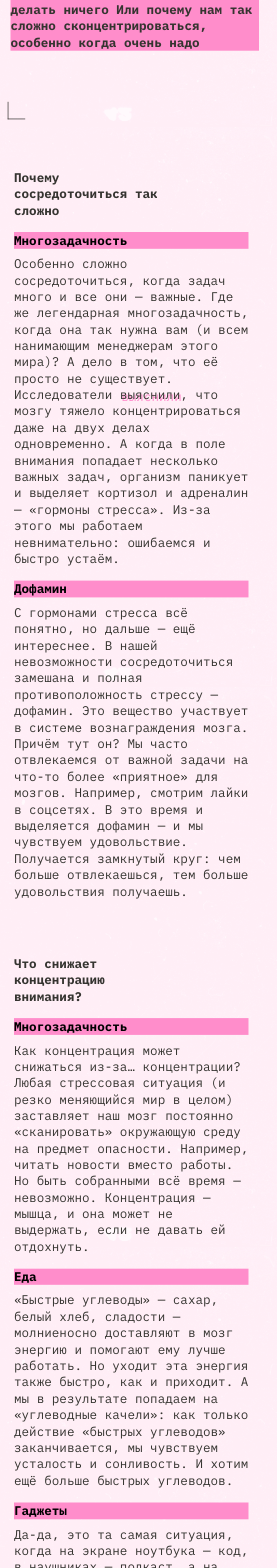
Repository: Hadoooouken/slozhno-sosredotochitsya
Page: index.html
These files come from the project's save history. The page is drawn as it stood at one moment and after the next save; the edit follows.
The browser window is 375 px wide. The page is 396 px wide, so the pictures cover 396 px, including what lies to the right of the window. The pictures show the part of the page from y = 618 to 2858 px (the page is 7871 px tall before and 7824 px after), at 70% of full size.
Backgrounds fixed to the window are drawn as part of the page.

Above is the page before, as saved 2024-01-24 21:35:23.

### index.html
<!DOCTYPE html>
<html lang="ru">
  <head>
    <meta charset="UTF-8" />
    <meta http-equiv="X-UA-Compatible" content="IE=edge" />
    <meta name="viewport" content="width=device-width, initial-scale=1.0" />
    <meta name="color-scheme" content="dark light" />
    <link rel="icon" href="images/favicon.svg" sizes="any" />
    <link rel="stylesheet" href="fonts/fonts.css" />
    <link rel="stylesheet" href="styles/globals.css" />
    <link rel="stylesheet" href="./styles/variables.css" />
    <link rel="stylesheet" href="scripts/script.js" />
    <link rel="stylesheet" href="./styles/style.css" />
    <link rel="stylesheet" href="./styles/dark.css" />
    <link rel="stylesheet" href="./styles/light.css" />
    <title>Сложно сосредоточиться</title>
  </head>
  <body class="page">
    <header class="header decorated-zone">
      <div class="decoration-element" aria-hidden="true"></div>
      <nav class="header__theme-menu">
        <ul class="header__theme-menu-list">
          <li class="header__theme-menu-item">
            <button
              class="header__theme-menu-button header__theme-menu-button_type_light"
            >
              День
            </button>
          </li>
          <li class="header__theme-menu-item">
            <button
              class="header__theme-menu-button header__theme-menu-button_active header__theme-menu-button_type_auto"
              disabled
            >
              Авто
            </button>
          </li>
          <li class="header__theme-menu-item">
            <button
              class="header__theme-menu-button header__theme-menu-button_type_dark"
            >
              Неон
            </button>
          </li>
        </ul>
      </nav>
      <h1 class="header__title">no focus</h1>
      <div class="header__text title_decor">
        <p>
          Что делать, когда не можешь делать ничего Или&nbsp;почему нам так
          сложно сконцентрироваться, особенно когда очень надо
        </p>
      </div>
    </header>
    <main class="main">
      <section class="section">
        <article class="focus__block">
          <h2 class="section__title">Почему сосредоточиться так сложно</h2>

          <div>
            <h2 class="section__sub-title title_decor">Многозадачность</h2>
            <p class="section__text">
              Особенно сложно сосредоточиться, когда задач много и все они —
              важные. Где же легендарная многозадачность, когда она так нужна
              вам (и всем нанимающим менеджерам этого мира)? А дело в том, что
              её просто не существует. Исследователи
              <a
                class="text__link"
                href="https://dana.org/article/multicosts-of-multitasking/"
                target="_blank"
                >выяснили</a
              >, что мозгу тяжело концентрироваться даже на двух делах
              одновременно. А когда в поле внимания попадает несколько важных
              задач, организм паникует и выделяет кортизол и адреналин —
              «гормоны стресса». Из-за этого мы работаем невнимательно:
              ошибаемся и быстро устаём.
            </p>
            <h2 class="section__sub-title title_decor">Дофамин</h2>
            <p class="section__text">
              С гормонами стресса всё понятно, но дальше — ещё интереснее. В
              нашей невозможности сосредоточиться замешана и полная
              противоположность стрессу — дофамин. Это вещество участвует в
              системе вознаграждения мозга. Причём тут он? Мы часто отвлекаемся
              от важной задачи на что-то более «приятное» для мозгов. Например,
              смотрим лайки в соцсетях. В это время и выделяется дофамин — и мы
              чувствуем удовольствие. Получается замкнутый круг: чем больше
              отвлекаешься, тем больше удовольствия получаешь.
            </p>
          </div>
        </article>
      </section>
      <section class="section">
        <article class="concentration__block">
          <div class="concentration">
            <h2 class="section__title">Что снижает концентрацию внимания?</h2>
          </div>

          <div class="multitasking">
            <h2 class="section__sub-title title_decor">Многозадачность</h2>
            <p class="section__text">
              Как концентрация может снижаться из-за… концентрации? Любая
              стрессовая ситуация (и резко меняющийся мир в целом) заставляет
              наш мозг постоянно «сканировать» окружающую среду на предмет
              опасности. Например, читать новости вместо работы. Но быть
              собранными всё время — невозможно. Концентрация — мышца, и она
              может не выдержать, если не давать ей отдохнуть.
            </p>
          </div>
          <div class="eat">
            <h2 class="section__sub-title title_decor">Еда</h2>
            <p class="section__text">
              «Быстрые углеводы» — сахар, белый хлеб, сладости — молниеносно
              доставляют в мозг энергию и помогают ему лучше работать. Но уходит
              эта энергия также быстро, как и приходит. А мы в результате
              попадаем на «углеводные качели»: как только действие «быстрых
              углеводов» заканчивается, мы чувствуем усталость и сонливость. И
              хотим ещё больше быстрых углеводов.
            </p>
          </div>
          <div class="gadgets">
            <h2 class="section__sub-title title_decor">Гаджеты</h2>
            <p class="section__text">
              Да-да, это та самая ситуация, когда на экране ноутбука — код, в
              наушниках — подкаст, а на компьютере фоном — ещё и видео с
              забавными утятами. В результате мозг пытается переключиться с
              одной задачи на другую — и просто не может. А чтобы вернуться к
              состоянию полной концентрации, человеку в среднем нужно 20 минут.
              Вот и получается, что чем больше времени мы проводим в гаджетах,
              тем больше времени затем нужно, чтобы вернуться к работе.
            </p>
          </div>
        </article>
      </section>
      <section class="section">
        <article class="how__block">
          <h2 class="section__title">
            Как концентрироваться лучше, чем золотая рыбка (то есть дольше трёх
            секунд)
          </h2>
          <div>
            <h2 class="concentration__title title_decor">
              5 простых (на самом деле не очень) советов
            </h2>
            <h2 class="concentration__sub-title title_decor">
              Представьте небо и облака
            </h2>
            <p class="concentration__text">
              Или листья в ручье. Тут дело в лёгкой медитации, которая помогает
              успокоиться. Ведь часто именно тревожные мысли о сложных задачах
              как раз и мешают эти сложные задачи делать. В такие моменты можно
              закрыть глаза и представить, что чистое небо — это вы, а облака —
              тревожные мысли. И сколько бы их ни было — ясное небо всегда будет
              где-то там, за тучами, и никуда не денется. Это упражнение поможет
              вернуться в настоящий момент, а не волноваться о потенциальных
              проблемах из будущего.
            </p>
            <h2 class="concentration__sub-title title_decor">
              Включите музыку
            </h2>
            <p class="concentration__text">
              Но не любую, и не любимую. Любимая может быть связана с сильными
              положительными эмоциями, которые тоже очень сильно отвлекают.
              Подойдёт тихая, спокойная, умеренно-ритмичная. Можно вообще
              попробовать включить плейлист в «белым шумом» или нейромузыкой.
            </p>
            <h2 class="concentration__sub-title title_decor">Прогуляйтесь</h2>
            <p class="concentration__text">
              Или даже пробегитесь. Лучше найти парк или лес: один эксперимент
              <a
                class="text__link"
                href="https://www.sciencedirect.com/science/article/abs/pii/S0272494415000328"
                target="_blank"
                >показал</a
              >, что созерцание природы повышает концентрацию, в то время как
              после просмотра городских пейзажей она наоборот понижается. Можно
              совместить прогулку с физическими упражнениями или бегом — так в
              мозг поступит ещё больше кислорода и он будет лучше работать. Но и
              простая двадцатиминутная прогулка — тоже отличный вариант.
            </p>
            <h2 class="concentration__sub-title title_decor">Хорошо ешьте</h2>
            <p class="concentration__text">
              Мы — не ваша бабушка, но это правда важно. Выбирайте продукты,
              которые препятствуют резким скачкам сахара в крови. Например, с
              высоким содержанием клетчатки: овощи, ягоды, бобовые (нут,
              чечевица, фасоль), коричневый рис, хлеб из цельнозерновой пшеницы.
            </p>
            <h2 class="concentration__sub-title title_decor">Читайте</h2>
            <p class="concentration__text">
              Настоящие бумажные книги. Это правда помогает с концентрацией:
              чтобы прочитать пост в соцсети, достаточно нескольких минут или
              даже секунд. А вот интересная книга способна затянуть и на
              несколько часов и круто тренирует направленное внимание.
            </p>
          </div>
        </article>
      </section>
      <section class="gallery__section section">
        <h2 class="gallery__title section__sub-title title_decor">
          А можно в картинках?
        </h2>
        <ul class="gallery__list">
          <li class="galery__list-item sunset">
            <img
              class="galery__img"
              loading="lazy"
              src="./images/sunset.png"
              alt="закат"
            />
          </li>
          <li class="galery__list-item ice-cream">
            <img
              class="galery__img"
              loading="lazy"
              src="./images/ice-cream.png"
              alt="мороженное"
            />
          </li>
          <li class="galery__list-item tape">
            <img
              class="galery__img"
              loading="lazy"
              src="./images/tape.png"
              alt="кассеты"
            />
          </li>
          <li class="galery__list-item books">
            <img
              class="galery__img"
              loading="lazy"
              src="./images/books.png"
              alt="книги"
            />
          </li>
          <li class="galery__list-item street">
            <img
              class="galery__img"
              loading="lazy"
              src="./images/street.png"
              alt="улица"
            />
          </li>
        </ul>
      </section>
    </main>
    <footer class="footer">
      <div class="decorated-zone"></div>
      <h2 class="footer__title">focus</h2>
    </footer>

    <script src="./scripts/script.js"></script>
  </body>
</html>

### styles/variables.css
:root {
  /*
  Переменные для вашего проекта
  и их переопределение под различные устройства
*/

  ---button-color: #ff0070;
  --decoration-element: #ff0070;
  --background-image: url(/images/cover-image-dark.png);
  --hover-color: rgb(255 0 112 / 0.4);
  --main-font: "IBM Plex mono" sans-serif;
  --focus-color: #ff0070;
  --main-title: #DB00FF;
  --sub-title-color: #000028;
  --backgroundg-sub-title: #FF0070;
  --title-color: #ff0070;
  --text-color: #f1b2ce;
  --bg-color: #000028;
  --link-color: #ff0070;
  --link-status:#F1B2CE;
  --shadow-color:#ff0070;


}

### scripts/script.js
const themeButtons = document.querySelectorAll('.header__theme-menu-button');

themeButtons.forEach((button) => {
  button.addEventListener('click', () => {
    themeButtons.forEach((btn) => {
      btn.classList.remove('header__theme-menu-button_active');
      btn.removeAttribute('disabled');
    });
    if (
      [...button.classList].includes('header__theme-menu-button_type_light')
    ) {
      changeTheme('light');
    } else if (
      [...button.classList].includes('header__theme-menu-button_type_dark')
    ) {
      changeTheme('dark');
    } else {
      changeTheme('auto');
    }
    button.classList.add('header__theme-menu-button_active');
    button.setAttribute('disabled', true);
  });
});

function changeTheme(theme) {
  document.body.className = 'page';
  document.body.classList.add(`theme_${theme}`);
  localStorage.setItem('theme', theme);
}

function initTheme() {
  const theme = localStorage.getItem('theme');
  if (theme) {
    changeTheme(theme);
    themeButtons.forEach((btn) => {
      btn.classList.remove('header__theme-menu-button_active');
      btn.removeAttribute('disabled');
    });
    document
      .querySelector(`.header__theme-menu-button_type_${theme}`)
      .classList.add('header__theme-menu-button_active');
    document
      .querySelector(`.header__theme-menu-button_type_${theme}`)
      .setAttribute('disabled', true);
  }
}

initTheme();

### styles/style.css
/* Основные стили проекта. Это стили для темы, которую вы верстаете первой. */

.page {
  /* сохраните в разметке и стилях класс page. На его основе работает скрипт. */

  background-color: var(--bg-color);
  background-image: var(--background-image);
  background-attachment: fixed;
  background-position: center;
  background-size: cover;
  font-family: "IBM Plex mono";
  font-size: 18px;
}
.section {
  padding: 0px 20px;
}

.header {
  position: relative;
  block-size: 100vh;
  min-block-size: 375px;
  padding: 20px;
  display: grid;
  grid-template-rows: 1fr min-content 1fr;
  justify-items: start;
}

.decorated-zone::before {
  content: "";
  position: absolute;
  border-block-start: 1px solid var(--decoration-element);
  border-inline-end: 1px solid var(--decoration-element);
  right: 20px;
  top: 20px;
  width: 25px;
  height: 25px;
}

.decorated-zone::after {
  content: "";
  position: absolute;
  border-block-end: 1px solid var(--decoration-element);
  border-inline-start: 1px solid var(--decoration-element);
  left: 20px;
  bottom: 20px;
  width: 25px;
  height: 25px;
}
.decoration-element {
  position: absolute;
  right: 48px;
  top: 21px;
}

.decoration-element::before {
  content: "REC";
  color: var(--decoration-element);
  font-family: inherit;
  display: inline-block;
}

.decoration-element::after {
  content: "";
  background-color: var(--decoration-element);
  width: 9px;
  height: 9px;
  border-radius: 50%;
  display: inline-block;
  box-shadow: 0px 0px 4px 2px var(--decoration-element);
  top: 6px;
  left: 42px;
  position: absolute;
}

.header__title {
  font-family: var(--main-font);
  font-size: clamp(7.5rem, 0.5625rem + 14.4531vw, 9.8125rem);
  color: var(--main-title);
  line-height: 82.5%;
  text-shadow: 4px 4px 0 var(--shadow-color);
  margin-inline-start: -20px;
}

.header__theme-menu {
  justify-self: center;
}

.header__text {
  font-size: 18px;
  justify-self: end;
  max-width: 491px;
  align-self: center;
  font-weight: 700;
  color: var(--sub-title-color);
  line-height: 23.4px;
}

.title_decor {
  background-color: var(--backgroundg-sub-title);
}

.header__theme-menu-list {
  display: flex;
  justify-content: center;
  gap: 10px;
}

.header__theme-menu-button {
  background-color: transparent;
  color: var(--button-color);
  border: none;
  text-transform: lowercase;
  line-height: 18px;
  padding: 2px 13px;
  cursor: pointer;
}

.header__theme-menu-button:focus {
  outline: none;
}

.header__theme-menu-button:focus-visible {
  text-decoration: underline;
  outline: none;
  color: var(--focus-color);
}

.header__theme-menu-button:hover {
  outline: 1px solid var(--hover-color);
}

.header__theme-menu-button_active {
  pointer-events: none;
  outline: 1px solid var(--button-color);
}

.main {
  padding-top: 60px;
}

.focus__block {
  display: grid;
  grid-template-columns: 1fr 2fr;
  gap: 10px;
}

.section__title {
  font-weight: 700;
  color: var(--title-color);
  font-size: inherit;
  line-height: 23.4px;
}

.section__sub-title {
  font-size: inherit;
  line-height: 23.4px;
  margin-block-end: 10px;
  font-weight: 700;
}

.section__text {
  font-size: inherit;
  line-height: 23.4px;
  color: var(--text-color);
  font-weight: 400;
  margin-block-end: 20px;
}
.section__text:last-child {
  margin-block-end: 0px;
}

.text__link {
  text-decoration: none;
  cursor: pointer;
  text-shadow: 2px 2px 0 var(--link-color);
}

.text__link:hover {
  border-bottom: 1px solid var(--link-status);
}

.text__link:focus {
  outline: none;
}

.text__link:focus-visible {
  outline: 1px solid var(--link-status);
  outline-offset: 0px;
}

.concentration__block {
  padding-top: 80px;
  display: grid;
  grid-template-columns: repeat(3, 1fr);
  grid-template-rows: repeat(2, min-content);
  grid-column-gap: 20px;
  grid-row-gap: 20px;
  grid-template-areas:
    "concentration . ."
    "multitasking eat gadgets";
}

.concentration {
  grid-area: concentration;
}

.multitasking {
  grid-area: multitasking;
}
.eat {
  grid-area: eat;
}

.gadgets {
  grid-area: gadgets;
}

.how__block {
  padding-top: 80px;
  display: grid;
  grid-template-columns: 1fr 2fr;
  grid-column-gap: 10px;
}

.concentration__title {
  font-size: inherit;
  line-height: 23.4px;
  margin-block-end: 20px;
  font-weight: 700;
}

.concentration__sub-title {
  font-weight: 400;
  font-size: inherit;
  line-height: 23.4px;
  margin-block-end: 10px;
}

.concentration__text {
  font-size: inherit;
  line-height: 23.4px;
  color: var(--text-color);
  font-weight: 400;
  margin-block-end: 20px;
}

.concentration__text:last-child {
  margin-block-end: 0px;
}

.gallery__section {
  padding-top: 80px;
}

.gallery__list {
  margin-block-start: 20px;
  margin-block-end: 60px;
  display: grid;
  grid-template-columns: repeat(3, 1fr);
  grid-template-rows: 260px 315px 428px;
  grid-column-gap: 20px;
  grid-row-gap: 22px;
  grid-template-areas:
    "sunset sunset ice-cream"
    "tape books ice-cream"
    "tape street street";
}

.galery__img {
  block-size: 100%;
  object-fit: cover;
  object-position: center;
  inline-size: 100%;
}

.sunset {
  grid-area: sunset;
}
.ice-cream {
  grid-area: ice-cream;
}
.tape {
  grid-area: tape;
}
.books {
  grid-area: books;
}
.street {
  grid-area: street;
}

.footer {
  display: flex;
  justify-content: center;
  align-items: center;
  block-size: 100vh;
  min-block-size: 375px;
  padding: 20px;
  position: relative;
}

.footer__title {
  font-family: var(--main-font);
  font-size: clamp(7.5rem, 0.5625rem + 14.4531vw, 9.8125rem);
  color: var(--main-title);
  line-height: 82.5%;
  text-shadow: 2px 2px 0px var(--shadow-color);
}

@media (max-width: 768px) {
  .header__theme-menu-list {
    display: flex;
    flex-direction: column;
  }
  .header__theme-menu {
    justify-self: end;
    align-self: center;
    display: block;
  }
  .header__theme-menu-button {
    padding: 4px 13px;
  }
  .header__text {
    max-width: 364px;
    justify-items: center; /*хз что тут*/
  }
  .focus__block {
    gap: 20px;
  }
  .section__title {
    max-width: 236px;
  }
  .concentration__block {
    grid-template-columns: none;

    grid-template-areas:
      "concentration"
      "multitasking"
      "eat"
      "gadgets";
  }
  .how__block {
    grid-column-gap: 20px;
  }
  .gallery__list {
    grid-template-rows: auto;
    grid-row-gap: 15px;
    grid-column-gap: 23px;
  }
}

@media (max-width: 375px) {
  .header {
    padding: 10px;
  }

  .decorated-zone::before {
    right: 11px;
    top: 11px;
  }

  .decorated-zone::after {
    left: 11px;
    bottom: 11px;
  }

  .decoration-element {
    right: 38px;
    top: 12px;
  }

  .header__title {
    margin: 0;
  }
  .header__theme-menu-button {
    padding: 4px 18px;
  }

  .header__theme-menu-button:hover {
    outline-offset: -1px;
  }

  .header__theme-menu-button_active {
    outline-offset: -1px;
  }

  .header__text {
    max-width: 355px;
    justify-items: start; /*хз что тут*/
  }
  .focus__block {

      display: grid;
      grid-template-rows: 1fr;
      grid-template-columns: 1fr;
      }
      .section__title {
        max
      }

}

### styles/dark.css
/*
  Специально для тёмной темы при наличии класса,
  здесь окажутся стили, которые нужно переопределить принудительно,
  переключая тему
*/

.page.theme_dark {
  /* сохраните этот селектор в приведённом виде.
    Так стили написанные ниже будут иметь больший вес,
    чем стили в медиазапросе предпочтений пользователя
  */
  --button-color: #ff0070;
  --decoration-element: #ff0070;
  --background-image: url(/images/cover-image-dark.png);
  --hover-color: rgb(255 0 112 / 0.4);
  --main-font: "IBM Plex mono" sans-serif;
  --focus-color: #ff0070;
  --main-title: #DB00FF;
  --sub-title-color: #000028;
  --backgroundg-sub-title: #FF0070;
  --title-color: #ff0070;
  --text-color: #f1b2ce;
  --bg-color: #000028;
  --link-color: #ff0070;
  --link-status:#F1B2CE;
  --shadow-color:#ff0070;

}

### styles/light.css
/*
  Специально для светлой темы при наличии класса.
  Здесь окажутся стили, которые нужно переопределить принудительно,
  переключая тему
*/

.page.theme_light {
  /* сохраните этот селектор в приведённом виде.
    Так стили написанные ниже будут иметь больший вес,
    чем стили в медиазапросе предпочтений пользователя
  */
  --button-color: #353430;
  --decoration-element: #353430;
  --background-image: url(/images/cover-image-light.png);
  --hover-color: rgb(50 49 45 / 0.4);
  --main-font: "IBM Plex mono" sans-serif;
  --focus-color: #353430;
  --main-title: #ffc2e6;
  --sub-title-color: #353430;
  --backgroundg-sub-title: #ff8dcb;
  --title-color: #353430;
  --text-color: #353430;
  --bg-color: #fff1f7;
  --link-color: #ff8dcb;
  --link-status: #353430;
  --shadow-color: #ff0070;
}

@media (prefers-color-scheme: light) {
  :root {
    --button-color: #353430;
    --decoration-element: #353430;
    --background-image: url(/images/cover-image-light.png);
    --hover-color: rgb(50 49 45 / 0.4);
    --main-font: "IBM Plex mono" sans-serif;
    --focus-color: #353430;
    --main-title: #ffc2e6;
    --sub-title-color: #353430;
    --backgroundg-sub-title: #ff8dcb;
    --title-color: #353430;
    --text-color: #353430;
    --bg-color: #fff1f7;
    --link-color: #ff8dcb;
    --link-status: #353430;
    --shadow-color: #ff0070;
  }
  .theme_light .decoration-element {
    display: none;
  }
}

.theme_auto .decoration-element {
  display: none;
}

Loaded but not shown: fonts/fonts.css (common file); styles/globals.css (common file)

After the next save:
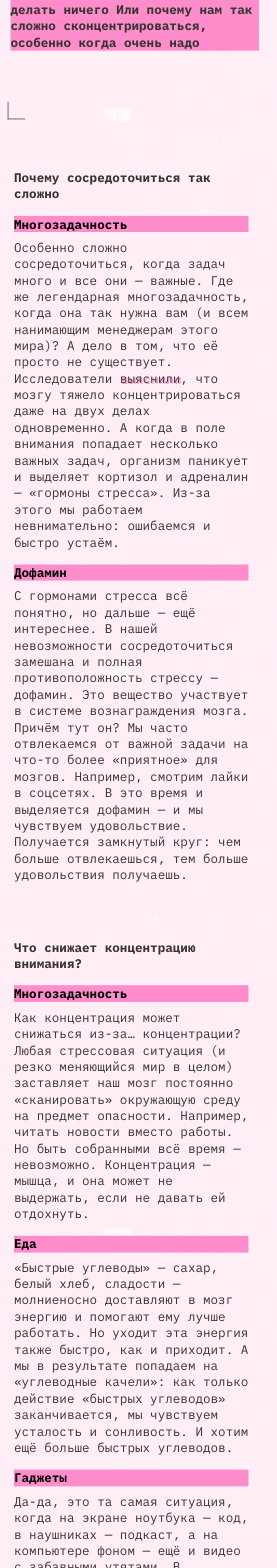
Saved 4 s later.
--- a/styles/style.css
+++ b/styles/style.css
@@ -395,7 +395,7 @@
       grid-template-columns: 1fr;
       }
       .section__title {
-        max
+        max-width: 355px;
       }
 
 }
